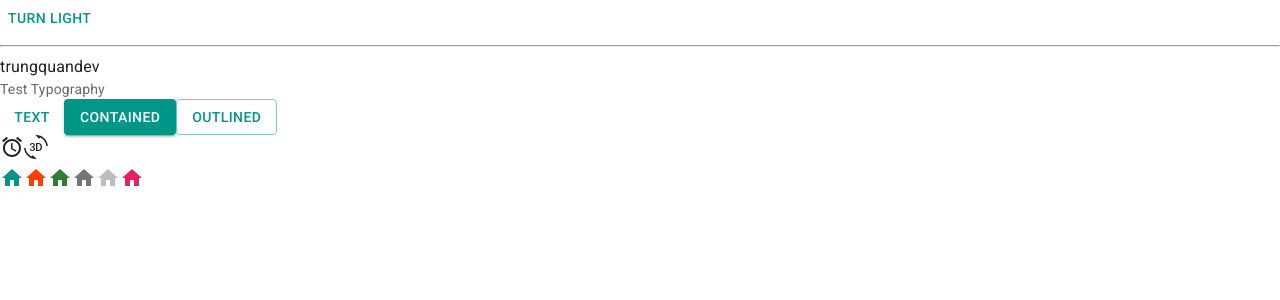
Repository: VoPhamKhanhTruong/trello-web
Page: /
These files come from the project's save history. The page is drawn as it stood at one moment and after a run of saves; the edit follows.
The browser window is 1280 px wide. The pictures show the whole page.
The project was rebuilt for these pictures with package versions that can differ from the ones it lists, and the page was loaded fresh each time. Also part of the build but not shown: vite.config.js.

Above is the page before, as saved 2024-08-07 15:16:48.

### src/main.jsx
import ReactDOM from 'react-dom/client'
import App from './App.jsx'
import CssBaseline from '@mui/material/CssBaseline'
import { Experimental_CssVarsProvider as CssVarsProvider } from '@mui/material/styles'
import theme from './theme'

ReactDOM.createRoot(document.getElementById('root')).render(
  <>
    <CssVarsProvider theme={theme}>
      <CssBaseline />
      <App />
    </CssVarsProvider>
  </>
)

### src/App.jsx
import Button from '@mui/material/Button'
import AccessAlarmIcon from '@mui/icons-material/AccessAlarm'
import ThreeDRotation from '@mui/icons-material/ThreeDRotation'
import HomeIcon from '@mui/icons-material/Home'
import { pink } from '@mui/material/colors'
import Typography from '@mui/material/Typography'
import {
  useColorScheme
} from '@mui/material/styles'
import useMediaQuery from '@mui/material/useMediaQuery'
import InputLabel from '@mui/material/InputLabel'
import MenuItem from '@mui/material/MenuItem'
import FormControl from '@mui/material/FormControl'
import Select from '@mui/material/Select'

function ModeSelect() {
  const { mode, setMode } = useColorScheme()
  const handleChange = (event) => {
    // setAge(event.target.value)
  }

  return (
    <FormControl sx={{ m: 1, minWidth: 120 }} size="small">
      <InputLabel id="label-select-dark-light-mode">Mode</InputLabel>
      <Select
        labelId="label-select-dark-light-mode"
        id="select-dark-light-mode"
        value={mode}
        label="Mode"
        onChange={handleChange}
      >
        <MenuItem value="light">Light</MenuItem>
        <MenuItem value="dark">Dark</MenuItem>
        <MenuItem value="system">System</MenuItem>
      </Select>
    </FormControl>
  )
}

function ModeToggle() {
  const { mode, setMode } = useColorScheme()

  // const prefersDarkMode = useMediaQuery('(prefers-color-scheme: dark)')
  // const prefersLightMode = useMediaQuery('(prefers-color-scheme: light)')
  // console.log('prefersDarkMode', prefersDarkMode)
  // console.log('prefersLightMode', prefersLightMode)



  return (
    <Button
      onClick={() => {
        setMode(mode === 'light' ? 'dark' : 'light')
      }}
    >
      {mode === 'light' ? 'Turn dark' : 'Turn light'}
    </Button>
  )
}

function App() {
  return (
    <>
      <ModeToggle />
      <hr />
      <div>trungquandev</div>

      <Typography variant="body2" color="text.secondary">Test Typography</Typography>

      <Button variant="text">Text</Button>
      <Button variant="contained">Contained</Button>
      <Button variant="outlined">Outlined</Button>

      <br />

      <AccessAlarmIcon />
      <ThreeDRotation />

      <br />
      <HomeIcon color="primary" />
      <HomeIcon color="secondary" />
      <HomeIcon color="success" />
      <HomeIcon color="action" />
      <HomeIcon color="disabled" />
      <HomeIcon sx={{ color: pink[500] }} />
    </>
  )
}

export default App

### src/theme.js
import { cyan, deepOrange, orange, teal } from '@mui/material/colors'
import { experimental_extendTheme as extendTheme } from '@mui/material/styles'

// Create a theme instance.
const theme = extendTheme({
  colorSchemes: {
    light: {
      palette: {
        primary: teal,
        secondary: deepOrange
      }
    },
    dark: {
      palette: {
        primary: cyan,
        secondary: orange
      }
    }
  }
})

export default theme

Loaded but not shown: index.html (common file)

After the next 3 saves:
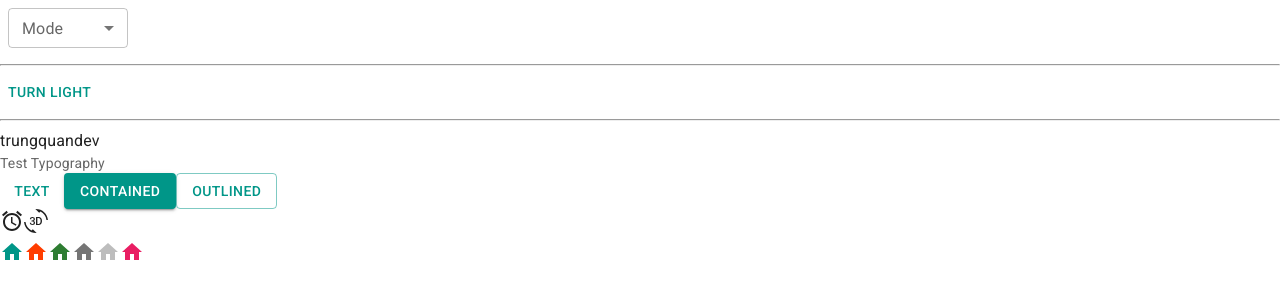
The 3 saves are shown as one change because 2 did not build or start.
The last was saved 2 min 0 s later.
--- a/src/App.jsx
+++ b/src/App.jsx
@@ -61,6 +61,9 @@ function ModeToggle() {
 function App() {
   return (
     <>
+      <ModeSelect />
+      <hr />
+
       <ModeToggle />
       <hr />
       <div>trungquandev</div>
